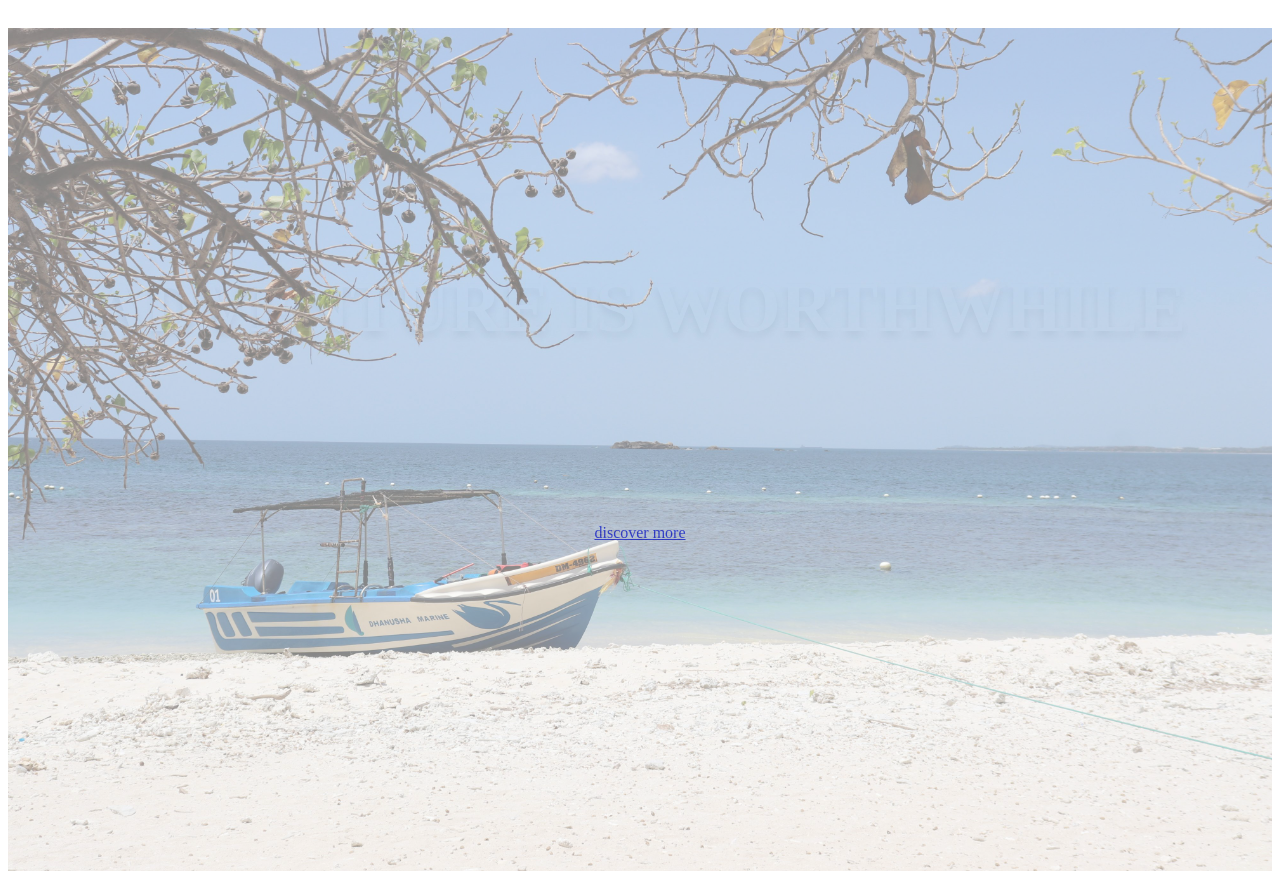
Repository: KasunInd27/Ceylon-Journey
Page: Home/home.html
An editor plug-in stored every save of this project. The page is shown before and after the next save, followed by the edit.
The browser window is 1280 px wide. The pictures show the whole page.

Above is the page before, as saved 2024-10-05 13:35:34.
Console error: SyntaxError: Unexpected token '<'

After the next save:
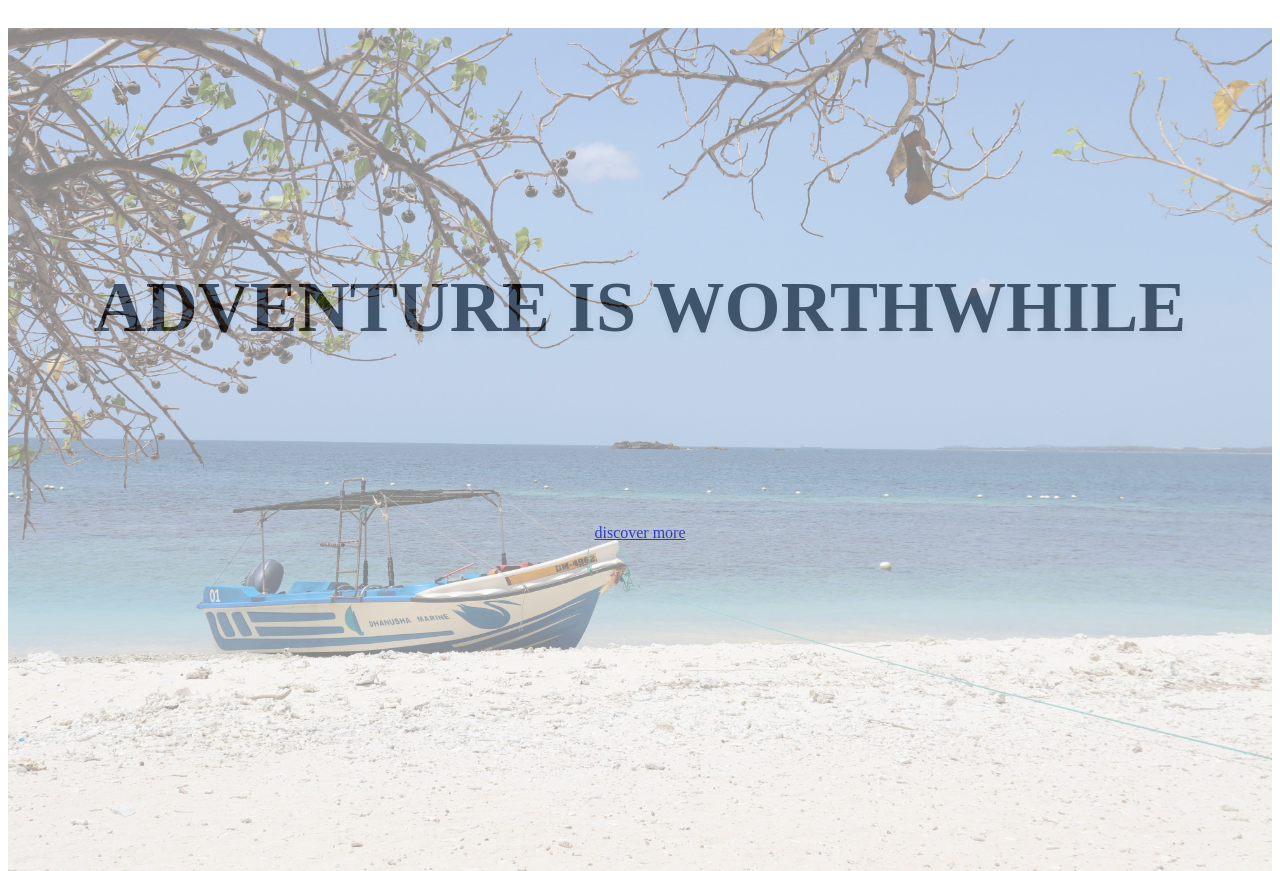
Saved 53 s later.
--- a/Home/CSS/home.css
+++ b/Home/CSS/home.css
@@ -47,7 +47,7 @@
 .home .content h3 {
     font-size: 4.5rem;
     /* Sets a large font size for the heading */
-    color: #fff;
+    color: #000000;
     /* White text color */
     text-transform: uppercase;
     /* Makes the text uppercase */
